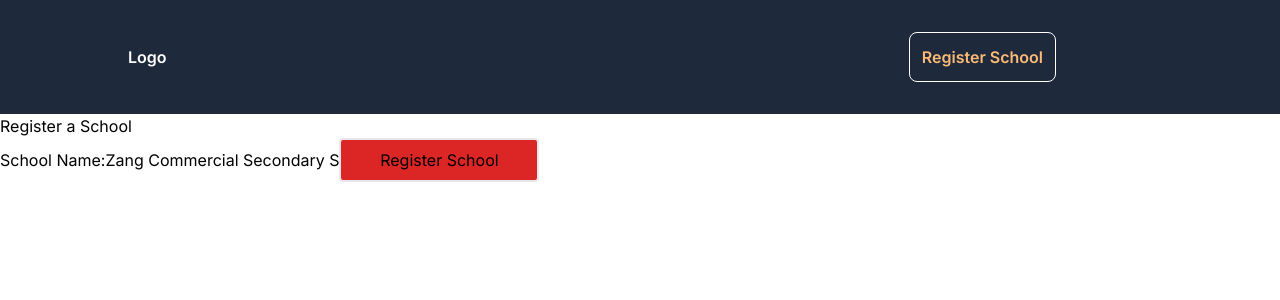
Repository: marcusdashe/fullstack-ts
Page: /school
An editor plug-in stored every save of this project. The page is shown before and after the next save, followed by the edit.
The browser window is 1280 px wide. The pictures show the whole page.
The page's requests for data from a server got no answer. The project was rebuilt for these pictures with package versions that can differ from the ones it lists, and the page was loaded fresh each time. The framework's server and built-in components were replaced by stand-ins that run in the browser. No one was signed in, and anything a server would have sent is missing. Also part of the build but not shown: next.config.js.

Above is the page before, as saved 2023-07-28 12:08:20.

After the next save:
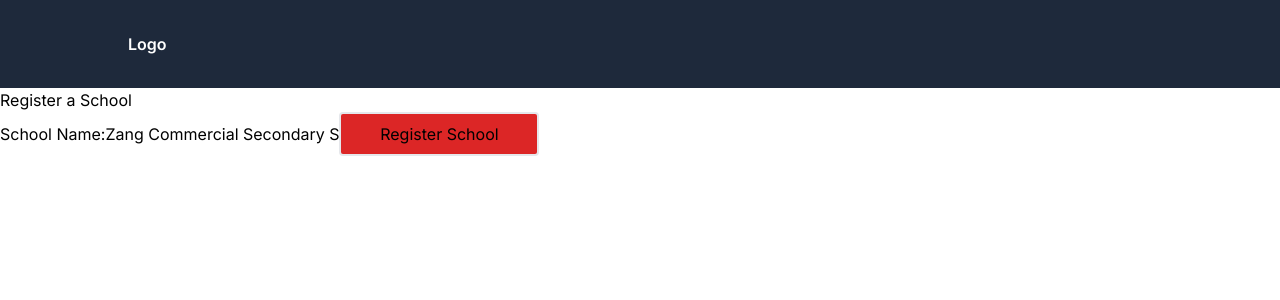
Saved 8 min 5 s later.
--- a/app/components/NavBar.tsx
+++ b/app/components/NavBar.tsx
@@ -47,14 +47,14 @@ const Navbar: React.FC = () => {
       </nav>
 
       <nav className="flex items-center justify-center flex-wrap">
-        <a
-          href="/school"
-          className={`${
-            pathname == "/schools" ? "hidden" : "inline"
-          } w-max-content mx-3 text-orange-300 border border-white p-3 rounded-lg hover:border-none hover:text-white duration-500`}
-        >
-          Register School
-        </a>
+        {pathname === "/school" ? null : (
+          <a
+            href="/school"
+            className={` w-max-content mx-3 text-orange-300 border border-white p-3 rounded-lg hover:border-none hover:text-white duration-500`}
+          >
+            Register School
+          </a>
+        )}
 
         <a
           href="https://www.linkedin.com/in/marcus-dashe-15a088202"
